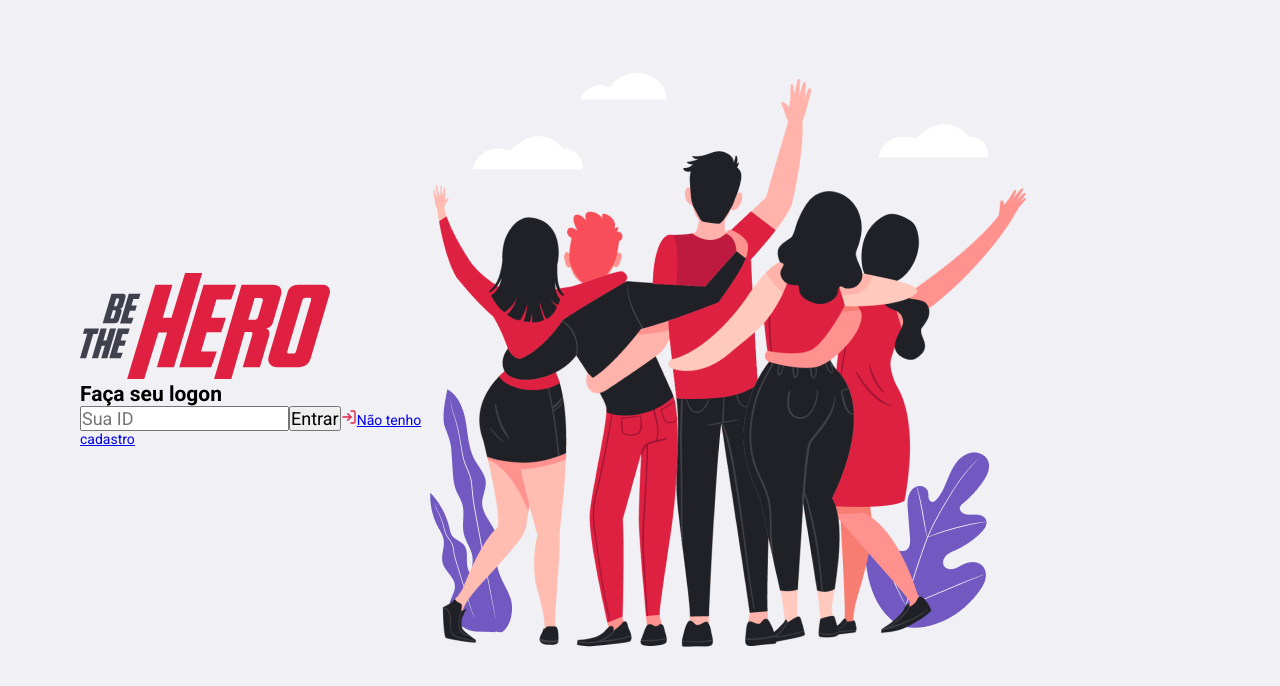
Repository: s7Thiago/semana-omnistack-11.0
Page: / (app in front-end/)
These files come from the project's save history. The page is drawn as it stood at one moment and after the next save; the edit follows.
The browser window is 1280 px wide. The pictures show the whole page.
The project was rebuilt for these pictures with package versions that can differ from the ones it lists, and the page was loaded fresh each time.

Above is the page before, as saved 2020-03-26 20:22:17.

### front-end/src/App.js
import React from 'react';
import './global.css';

import Logon from './pages/Logon';

function App() {

  return (
    <Logon />
  );
}

export default App;

### front-end/src/global.css
@import url('https://fonts.googleapis.com/css?family=Roboto:400,500,700&display=swap');

*{
    margin: 0;
    padding: 0;
    outline: 0;
    box-sizing: border-box; /*Faz com que o padding dos elementos seja anexado na sua largura e na sua altura*/
}

body{
    font: 400 14px Roboto, sans-serif;
    background: #f0f0f5;
    -webkit-font-smoothing: antialiased;
}

input, button, textarea {
    font: 400 18px Roboto, sans-serif;
}

button {
    cursor: pointer;
}

### front-end/src/pages/Logon/index.js
import React from 'react';
import { FiLogIn } from 'react-icons/fi'

import './styles.css'

import heroesImg from '../../assets/heroes.png';
import logoImg from '../../assets/logo.svg';

export default function Logon() {
    return (
        <div className="logon-container">
            <section className="form">
                {/* Logo */}
                <img src={logoImg} alt="Be the Hero" />

                {/* Formulário */}
                <form>
                    <h1>Faça seu logon</h1>
                    <input placeholder="Sua ID" />
                    <button type="submit">Entrar</button>

                    <a href="/register">
                        <FiLogIn size={16} color="#E02041" />
                        Não tenho cadastro</a>
                </form>

            </section>
            <img src={heroesImg} alt='Heroes' />
        </div>


    );
}

### front-end/src/pages/Logon/styles.css
.logon-container{
    width: 100%;
    max-width: 1120px;
    height: 100vh;
    margin: 0 auto;

    display: flex;
    align-items: center;
}

.logon-container section.form{
    width: 100%;
    max-width: 350px;
    margin: 30;
}

Loaded but not shown: front-end/src/index.js (common file)

After the next save:
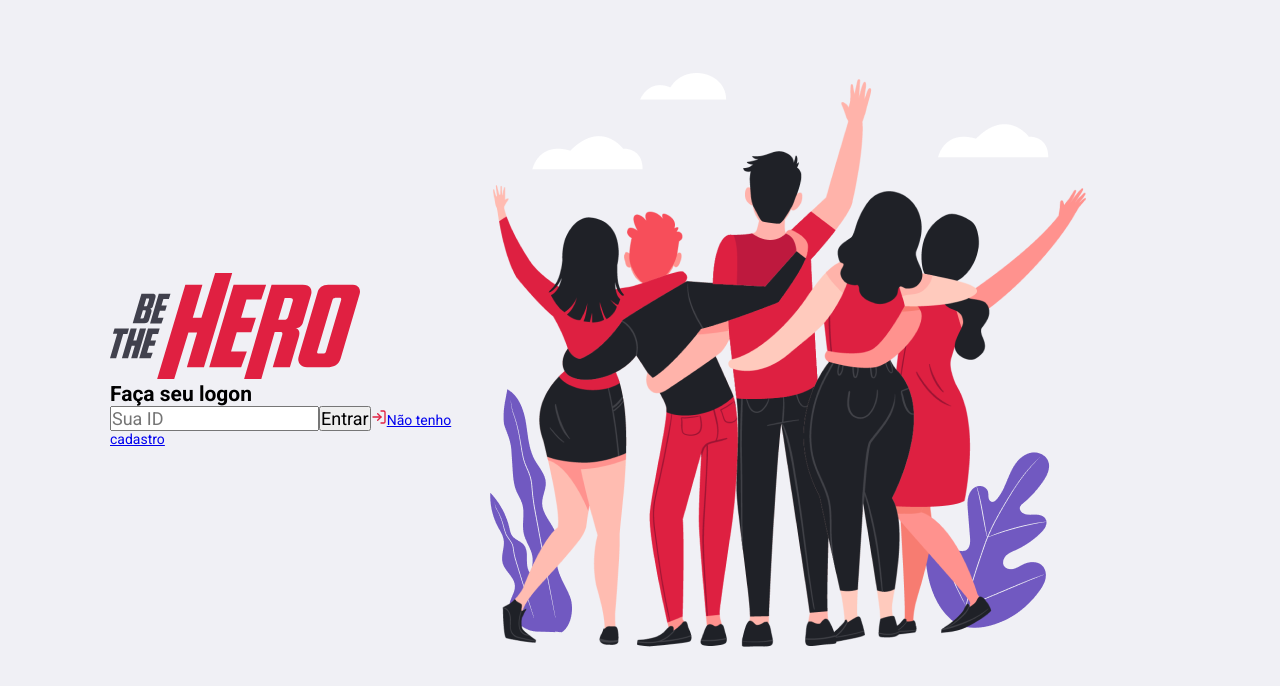
Saved 5 s later.
--- a/front-end/src/pages/Logon/styles.css
+++ b/front-end/src/pages/Logon/styles.css
@@ -11,5 +11,5 @@
 .logon-container section.form{
     width: 100%;
     max-width: 350px;
-    margin: 30;
+    margin: 30px;
 }
